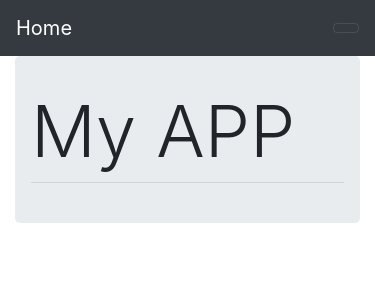
Repository: prabhat8701/nextgrowth_lab_task-main
Page: http://localhost/
These files come from the project's save history. The page is drawn as it stood at one moment and after a run of saves; the edit follows.
The browser window is 375 px wide. The pictures show the whole page.
The page is served by the project's application, run on Django 4.2 (manage.py). Other server files are loaded and not shown.

Above is the page before, as saved 2023-07-31 18:09:09.

### nextgrowAi/SET_2/next_project/templates/gradesApp/index.html
{% extends 'gradesApp/base.html' %}
{% block body_block %}

<div class="jumbotron">
    <h1 class="display-3">My APP</h1>
    <hr class="my-2">
    <!-- <p>View your marks and get notes directly from teachers</p> -->
</div>

{% endblock %}

### nextgrowAi/SET_2/next_project/templates/gradesApp/base.html
<!DOCTYPE html>
<html lang="en">
<head>
    <meta charset="UTF-8">
    <meta name="viewport" content="width=device-width, initial-scale=1.0">
    <meta http-equiv="X-UA-Compatible" content="ie=edge">
    <title>myGrades</title>
    <link rel="stylesheet" href="https://stackpath.bootstrapcdn.com/bootstrap/4.3.1/css/bootstrap.min.css" integrity="sha384-ggOyR0iXCbMQv3Xipma34MD+dH/1fQ784/j6cY/iJTQUOhcWr7x9JvoRxT2MZw1T" crossorigin="anonymous">
</head>
<body>
    <nav class="navbar navbar-expand-sm navbar-dark bg-dark">
        <a class="navbar-brand" href="{% url 'index' %}">Home</a>
        <button class="navbar-toggler d-lg-none" type="button" data-toggle="collapse" data-target="#collapsibleNavId" aria-controls="collapsibleNavId"
            aria-expanded="false" aria-label="Toggle navigation"></button>
        <div class="collapse navbar-collapse" id="collapsibleNavId">
            <ul class="navbar-nav mr-auto mt-2 mt-lg-0">
                <li class="nav-item active">
                    <!-- <a class="nav-link" href="{% url "admin:index" %}">Admin</a> -->
                </li>
                <li class="nav-item active">
                    <a class="nav-link" href="{% url 'register' %}" role="button">Register</a>

                </li>
                {% if user.is_authenticated %}
                    <li class="nav-item active">
                        <a class="nav-link" href="{% url 'dashboard' %}">Dashboard</a>

                    </li>
                    <li class="nav-item active">
                        <a class="nav-link" href="{% url 'logout' %}">Logout</a>
                    </li>
                {% else %}
                    <li class="nav-item active">

                        <a class="nav-link" href="{% url 'userLogin' %}">Login</a>

                    </li>
                {% endif %}

            </ul>

        </div>
    </nav>
    <div class="container">
        {% block body_block %}
        {% endblock %}
    </div>
</body>
</html>

### nextgrowAi/SET_2/next_project/next_app/views.py
from django.shortcuts import render

# Create your views here.
from django.shortcuts import render

# Create your views here.
from django.shortcuts import render,redirect
from next_app.forms import Admin_User_Form,Common_User_Form,Admin_User_AddForm,Common_User_AddForm,AndroidAppForm
from django.http import HttpResponse,HttpResponseRedirect
from django.contrib.auth.decorators import login_required
from django.urls import reverse
from django.contrib.auth import authenticate,login,logout
from next_app.models import Admin_User,Common_User,AndroidApp
from django.contrib.auth.models import User

# Create your views here.

def index(request):
    return render(request,'gradesApp/index.html')


@login_required
def userLogout(request):
    logout(request)
    return HttpResponseRedirect(reverse('index'))


def register(request):
    return render(request,'gradesApp/register.html')

def registeradmin(request):
    registered=False
    if request.method=='POST':
        var_adminForm=Admin_User_Form(request.POST)
        var_adminAddForm=Admin_User_AddForm(request.POST)
        if var_adminForm.is_valid()and var_adminAddForm.is_valid():
            adminprimary=var_adminForm.save()
            adminprimary.set_password(adminprimary.password)
            adminprimary.save()
            adminAdd=var_adminAddForm.save(commit=False)
            adminAdd.admin_user=adminprimary
            adminAdd.save()
            registered=True
    else:
        var_adminForm=Admin_User_Form()
        var_adminAddForm=Admin_User_AddForm()
    data={
        'var_adminForm':var_adminForm,
        'var_adminAddForm':var_adminAddForm,
        'registered':registered
        }
    return render(request,'gradesApp/registeradmin.html',data)


def registeruser(request):
    registered=False
    if request.method=='POST':
        var_userForm=Common_User_Form(request.POST)
        var_userAddForm=Common_User_AddForm(request.POST)
        if var_userForm.is_valid()and var_userAddForm.is_valid():
            userprimary=var_userForm.save()
            userprimary.set_password(userprimary.password)
            userprimary.save()
            userAdd=var_userAddForm.save(commit=False)
            userAdd.common_user=userprimary
            userAdd.save()
            registered=True
    else:
        var_userForm=Common_User_Form()
        var_userAddForm=Common_User_AddForm()
    data={
        'var_userForm':var_userForm,
        'var_userAddForm':var_userAddForm,
        'registered':registered}
    return render(request,'gradesApp/registeruser.html',data)

def userLogin(request):
    invalidlogin=False
    if request.method=='POST':
        username=request.POST.get('username')
        password=request.POST.get('password')
        user=authenticate(username=username,password=password)
        if user:
            if user.is_active:
                login(request,user)
                return HttpResponseRedirect(reverse('index'))
            else:
                return HttpResponse('Account not active')
        else:
            invalidlogin=True
            return redirect('/gradesApp/login/')
    else:
        return render(request,'gradesApp/login.html',{'invalidlogin':invalidlogin})


# from django.shortcuts import render, redirect
# from .models import Admin_User, Common_User
# from django.contrib.auth.decorators import login_required

@login_required
def dashboard(request):
    print("request",request.user)
    try:
        current=Admin_User.objects.get(admin_user=request.user)
        print("current",current)
        is_admin_user = True
    except Admin_User.DoesNotExist:
        current=Common_User.objects.get(common_user=request.user)
        print("current",current)
        is_admin_user = False

    if is_admin_user:
        return redirect('/adminDash/')
    else:
        return redirect('/userDash/')
    return render(request,'gradesApp/dashboard.html')




from django.shortcuts import render, redirect
from .models import Admin_User, Common_User
from django.contrib.auth.decorators import login_required


# @login_required
# def dashboard(request):
#     print("request", request.user)
#     try:
#         # Try to fetch the Admin_User object for the current user
#         current = Admin_User.objects.get(admin_user=request.user)
#         is_admin_user = True
#     except Admin_User.DoesNotExist:
#         # If Admin_User object is not found, try fetching Common_User object
#         try:
#             current = Common_User.objects.get(common_user=request.user)
#             is_admin_user = False
#         except Common_User.DoesNotExist:
#             # If neither Admin_User nor Common_User object is found, handle the situation here
#             # For example, you might want to redirect to a page showing an error message
#             return render(request, 'gradesApp/error.html')

    # if is_admin_user:
    #     return redirect('/studentDash/')
    # else:
    #     return redirect('/teacherDash/')




def adminDash(request):
    return render(request,'gradesApp/adminDash.html')

def userDash(request):
    return render(request,'gradesApp/userDash.html')

def add_android_app(request):
    if request.method == 'POST':
        print("f1")

        # form = AndroidAppForm(request.POST)
        form = AndroidAppForm(request.POST, request.FILES)
        print("f12")
        if form.is_valid():
            print("f3")
            form.save()
            return redirect('app_list')
    else:
        print("f")
        form = AndroidAppForm()
    return render(request, 'gradesApp/add_android_app.html', {'form': form})

from django.contrib.auth.decorators import login_required

# @login_required
def app_list(request):
    apps = AndroidApp.objects.all()
    return render(request, 'gradesApp/app_list.html', {'apps': apps})

from django.shortcuts import render, get_object_or_404
def app_detail(request, app_id):
    app = get_object_or_404(AndroidApp, id=app_id)
    return render(request, 'gradesApp/app_detail.html', {'app': app})



# views.py

# from django.shortcuts import render, redirect
from .forms import TaskScreenshotForm

def add_task_screenshot(request):
    if request.method == 'POST':
        form = TaskScreenshotForm(request.POST, request.FILES)
        if form.is_valid():
            form.instance.user = request.user  # Assign the current user to the 'user' field
            form.save()
            return redirect('app_list')  # Replace 'app_list' with the URL name of your app list page
    else:
        form = TaskScreenshotForm()
    return render(request, 'gradesApp/add_task.html', {'form': form})  # Replace 'your_template.html' with your desired template name

### nextgrowAi/SET_2/next_project/next_project/urls.py
"""next_project URL Configuration

The `urlpatterns` list routes URLs to views. For more information please see:
    https://docs.djangoproject.com/en/4.1/topics/http/urls/
Examples:
Function views
    1. Add an import:  from my_app import views
    2. Add a URL to urlpatterns:  path('', views.home, name='home')
Class-based views
    1. Add an import:  from other_app.views import Home
    2. Add a URL to urlpatterns:  path('', Home.as_view(), name='home')
Including another URLconf
    1. Import the include() function: from django.urls import include, path
    2. Add a URL to urlpatterns:  path('blog/', include('blog.urls'))
"""
from django.contrib import admin
from django.urls import path,include
from next_app import views
from django.conf import settings
from django.conf.urls.static import static

urlpatterns = [
    path('next_app/',include('next_app.urls')),
    path('',views.index,name='index'),
    path('admin/', admin.site.urls),
    path('logout/',views.userLogout,name='logout'),
    path('adminDash/',views.adminDash,name='adminDash'),
    path('userDash/',views.userDash,name='userDash'),
]
if settings.DEBUG:
    urlpatterns += static(settings.MEDIA_URL, document_root=settings.MEDIA_ROOT)

### nextgrowAi/SET_2/next_project/next_app/urls.py
from django.urls import path
from next_app import views

# app_name='gradesApp'

urlpatterns = [
    path('',views.index,name='index'),
    path('register/',views.register,name='register'),

    path('registeradmin/',views.registeradmin,name='registeradmin'),
    path('registeruser/',views.registeruser,name='registeruser'),

    path('login/',views.userLogin,name='userLogin'),
    path('dashboard',views.dashboard,name='dashboard'),

    path('add_android_app/', views.add_android_app, name='add_android_app'),
    path('app_list/', views.app_list, name='app_list'),
    path('app_detail/<int:app_id>/', views.app_detail, name='app_detail'),
    path('add_task_screenshot/', views.add_task_screenshot, name='add_task_screenshot'),
]

After the next 2 saves:
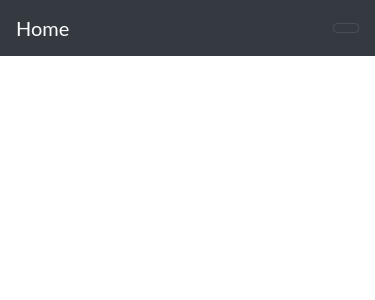
The 2 saves are shown as one change because they came seconds apart.
The last was saved 2 min 41 s later.
--- a/nextgrowAi/SET_2/next_project/templates/gradesApp/index.html
+++ b/nextgrowAi/SET_2/next_project/templates/gradesApp/index.html
@@ -1,5 +1,60 @@
 {% extends 'gradesApp/base.html' %}
 {% block body_block %}
+<style>
+    body {
+      margin: 0;
+      font-family: "Lato", sans-serif;
+    }
+
+    .sidebar {
+      margin: 0;
+      padding: 0;
+      width: 200px;
+      background-color: #f1f1f1;
+      position: fixed;
+      height: 100%;
+      overflow: auto;
+    }
+
+    .sidebar a {
+      display: block;
+      color: black;
+      padding: 16px;
+      text-decoration: none;
+    }
+
+    .sidebar a.active {
+      background-color: #04AA6D;
+      color: white;
+    }
+
+    .sidebar a:hover:not(.active) {
+      background-color: #555;
+      color: white;
+    }
+
+    div.content {
+      margin-left: 200px;
+      padding: 1px 16px;
+      height: 1000px;
+    }
+
+    @media screen and (max-width: 700px) {
+      .sidebar {
+        width: 100%;
+        height: auto;
+        position: relative;
+      }
+      .sidebar a {float: left;}
+      div.content {margin-left: 0;}
+    }
+
+    @media screen and (max-width: 400px) {
+      .sidebar a {
+        text-align: center;
+        float: none;
+      }
+    }
 
 <div class="jumbotron">
     <h1 class="display-3">My APP</h1>
